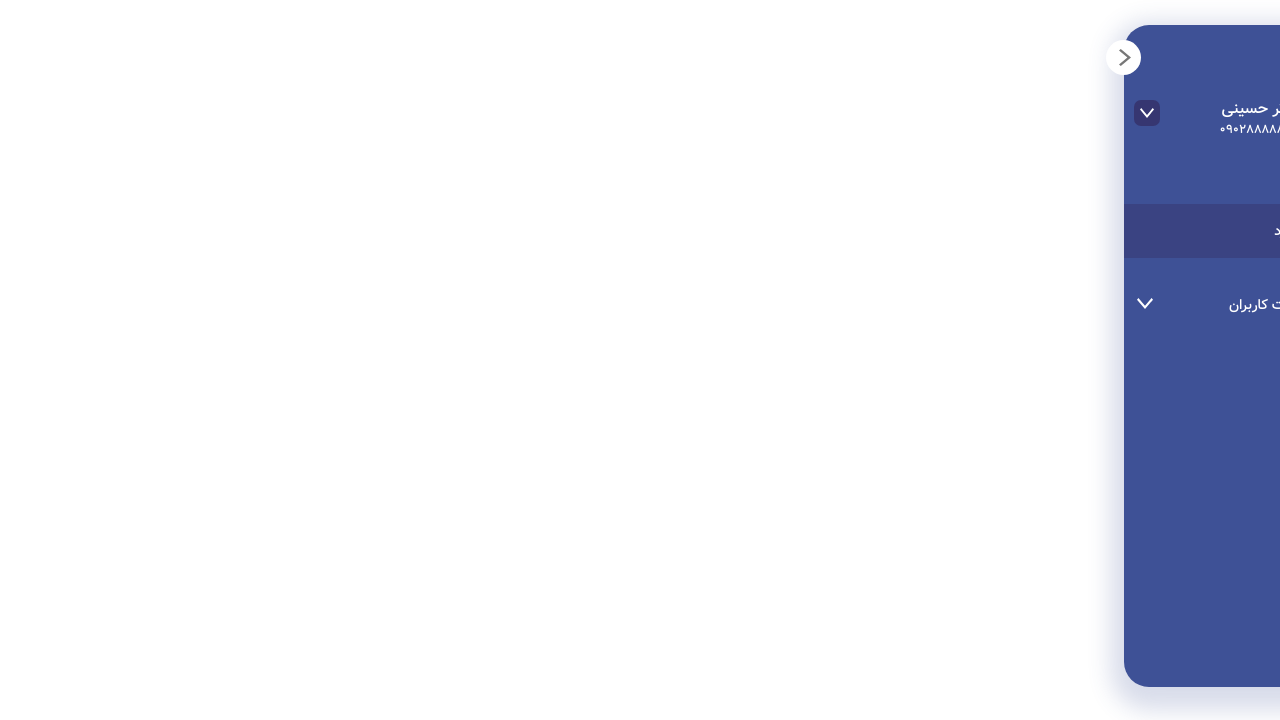
Repository: kosar78/quiz-online
Page: manager-panel-dashbord.html
These files come from the project's save history. The page is drawn as it stood at one moment and after the next save; the edit follows.
The browser window is 1280 px wide. The pictures show the whole page.

Above is the page before, as saved 2021-11-09 02:01:55.

After the next save:
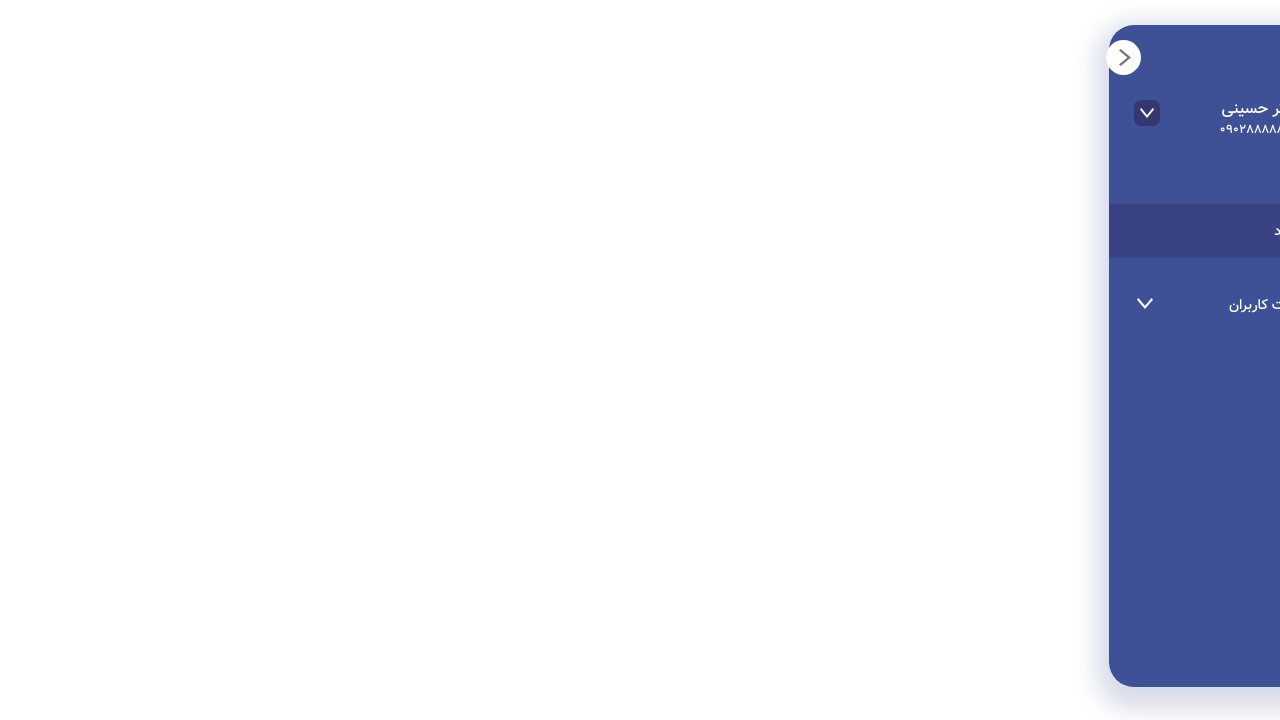
Saved 3 min 20 s later.
--- a/css/manager-panel.css
+++ b/css/manager-panel.css
@@ -26,7 +26,8 @@
     list-style: none;
 }
 .sidebar-parent{
-    padding: 25px 30px !important;
+    padding: 25px;
+    padding-right:30px !important;
     position: relative;
 }
 .sidebar{

After the save that followed:
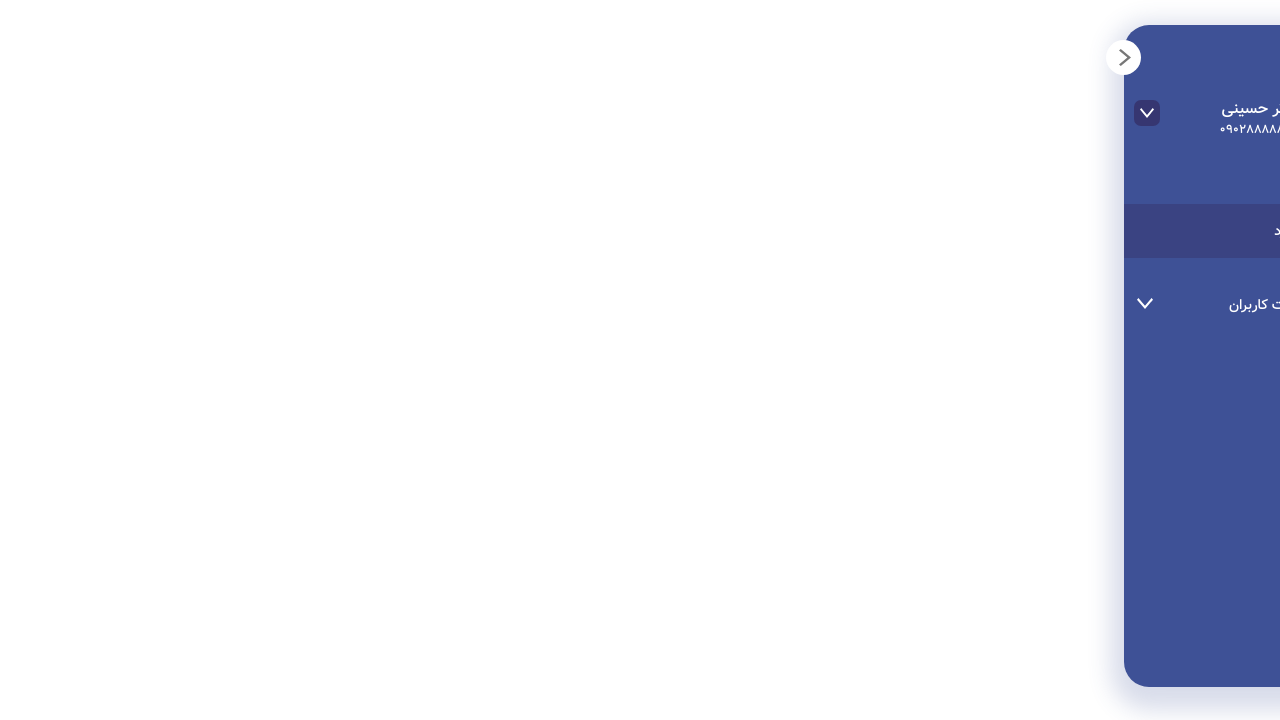
Saved 65 s later.
--- a/css/manager-panel.css
+++ b/css/manager-panel.css
@@ -26,8 +26,7 @@
     list-style: none;
 }
 .sidebar-parent{
-    padding: 25px;
-    padding-right:30px !important;
+    padding: 25px 30px !important;
     position: relative;
 }
 .sidebar{
